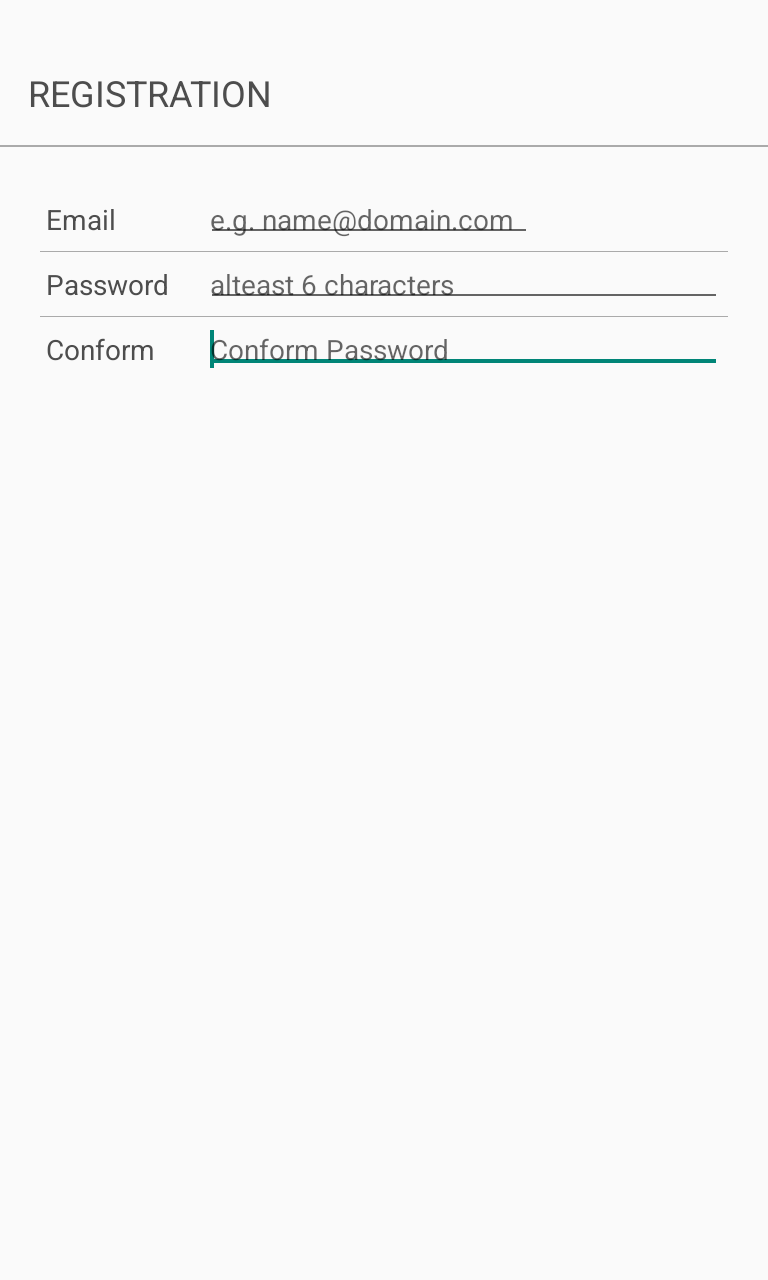
Repository: lMayuraDevani/BrentBrown
Layout: BrentBrown/res/layout/register.xml
These files come from the project's save history. The layout is drawn as it stood at one moment and after a run of saves; the edit follows.
It is drawn on a 768 x 1280 px phone screen (xhdpi) without system bars, with theme AppTheme; the app's code is not run.

Above is the layout before, as saved 2014-11-12 09:31:50.

### BrentBrown/res/layout/register.xml
<?xml version="1.0" encoding="utf-8"?>
<LinearLayout xmlns:android="http://schemas.android.com/apk/res/android"
    android:layout_width="match_parent"
    android:layout_height="match_parent"
    android:orientation="vertical" >


    <TextView
        android:id="@+id/textView1"
        android:layout_width="wrap_content"
        android:layout_height="wrap_content"
        android:layout_marginTop="20dp"
        android:padding="14dp"
        android:text="@string/registration_lable"
        android:textColor="@color/dark_gray_for_front"
        android:textAppearance="?android:attr/textAppearanceMedium" />


    <View
	   android:layout_width="fill_parent"
	   android:layout_height="1dp"
	   android:background="@android:color/darker_gray" />

    <LinearLayout
                android:layout_width="fill_parent"
                android:layout_height="wrap_content"
                android:padding="20dp"
                android:orientation="vertical" >

      <LinearLayout
                android:layout_width="fill_parent"
                android:layout_height="wrap_content"
                android:padding="2dp"
                android:orientation="horizontal" >

                <TextView
                    android:id="@+id/emaillbl"
                    android:layout_width="80dp"
                    android:layout_height="wrap_content"
                    android:layout_gravity="center"
                    android:padding="01dp"
                    android:text="Email"
                    android:textColor="@color/dark_gray_for_front"
                    android:textAppearance="?android:attr/textAppearanceSmall" />

                <EditText
                    android:id="@+id/emailtxt"
                    android:layout_width="wrap_content"
                    android:layout_height="wrap_content"
                    android:ems="10"
                    android:hint="e.g. name@domain.com"
                    android:padding="3dp"
                    android:textColor="@android:color/darker_gray"
                    android:textAppearance="?android:attr/textAppearanceSmall"
                    >

                    <requestFocus />
                </EditText>
            </LinearLayout>

       <View
	   android:layout_width="fill_parent"
	   android:layout_height="0.25dp"
	   android:padding="1dp"
	   android:background="@android:color/darker_gray" />

      <LinearLayout
                android:layout_width="fill_parent"
                android:layout_height="wrap_content"
                android:padding="2dp"
                android:orientation="horizontal" >

                <TextView
                    android:id="@+id/pass"
                    android:layout_width="80dp"
                    android:layout_height="wrap_content"
                    android:layout_gravity="center"
                    android:padding="01dp"
                    android:text="Password"
                    android:textColor="@color/dark_gray_for_front"
                    android:textAppearance="?android:attr/textAppearanceSmall" />

                  <EditText
                    android:id="@+id/passwordtxt"
                    android:layout_width="match_parent"
                    android:layout_height="wrap_content"
                    android:ems="10"
                    android:hint="alteast 6 characters"
                    android:inputType="textPassword"
                    android:padding="3dp"
                    android:textAppearance="?android:attr/textAppearanceSmall"
                    android:textColor="@android:color/darker_gray" >

                    <requestFocus />
                </EditText>
            </LinearLayout>

      <View
	   android:layout_width="fill_parent"
	   android:layout_height="0.25dp"
	   android:padding="1dp"
	   android:background="@android:color/darker_gray" />

            <LinearLayout
                android:layout_width="fill_parent"
                android:layout_height="wrap_content"
                android:padding="2dp"
                android:orientation="horizontal" >

                <TextView
                    android:id="@+id/conformpass"
                    android:layout_width="80dp"
                    android:layout_height="wrap_content"
                    android:layout_gravity="center"
                    android:padding="01dp"
                    android:text="Conform"
                    android:textColor="@color/dark_gray_for_front"
                    android:textAppearance="?android:attr/textAppearanceSmall" />

                <EditText
                    android:id="@+id/cpasswordtxt"
                    android:layout_width="match_parent"
                    android:layout_height="wrap_content"
                    android:ems="10"
                    android:hint="Conform Password"
                    android:inputType="textPassword"
                    android:padding="3dp"
                    android:textAppearance="?android:attr/textAppearanceSmall"
                    android:textColor="@android:color/darker_gray" >

                    <requestFocus />
                </EditText>
            </LinearLayout>
      </LinearLayout>

</LinearLayout>

### BrentBrown/res/values/styles.xml
<resources xmlns:android="http://schemas.android.com/apk/res/android">

    <style name="AppBaseTheme" parent="Theme.AppCompat"></style>

    <!-- Application theme. -->
    <style name="AppTheme" parent="AppBaseTheme">
        <item name="actionBarStyle">@style/CustomizedActionbar</item>
        <item name="actionBarTabStyle">@style/CustomizedActionbarTabs</item>
        <item name="android:actionBarStyle">@style/CustomizedActionbar</item>
        <item name="android:actionBarTabStyle">@style/CustomizedActionbarTabs</item>
    </style>

    <!-- ActionBar styles -->
    <style name="CustomizedActionbar" parent="@style/Widget.AppCompat.ActionBar">
        <item name="android:background">@color/ActionBarColor</item>

        <!-- Support library compatibility -->
        <item name="background">@color/ActionBarColor</item>
        <item name="android:divider">@drawable/tabdivider</item>
    </style>

    <!-- ActionBar tabs styles -->
    <style name="CustomizedActionbarTabs" parent="@style/Widget.AppCompat.ActionBar.TabView">

        <!-- tab indicator -->
        <item name="android:background">@drawable/actionbar_tab_indicator</item>
        <item name="android:divider">@drawable/tabdivider</item>

        <!-- Support library compatibility -->
        <item name="background">@drawable/actionbar_tab_indicator</item>
    </style>

</resources>

### BrentBrown/res/drawable/actionbar_tab_indicator.xml
<?xml version="1.0" encoding="utf-8"?>
<selector xmlns:android="http://schemas.android.com/apk/res/android">

<!-- STATES WHEN BUTTON IS NOT PRESSED -->

    <!-- Non focused states -->
    <item android:state_focused="false" android:state_selected="false"
          android:state_pressed="false"

          android:drawable="@drawable/tab_unselected" />
    <item android:state_focused="false" android:state_selected="true"
          android:state_pressed="false"

          android:drawable="@drawable/tab_selected" />

    <!-- Focused states (such as when focused with a d-pad or mouse hover) -->
    <item android:state_focused="true" android:state_selected="false"
          android:state_pressed="false"
          android:drawable="@drawable/tab_unselected_focused" />
    <item android:state_focused="true" android:state_selected="true"
          android:state_pressed="false"
          android:drawable="@drawable/tab_selected_focused" />


<!-- STATES WHEN BUTTON IS PRESSED -->

    <!-- Non focused states -->
    <item android:state_focused="false" android:state_selected="false"
          android:state_pressed="true"
          android:drawable="@drawable/tab_unselected_pressed" />
    <item android:state_focused="false" android:state_selected="true"
        android:state_pressed="true"
        android:drawable="@drawable/tab_selected_pressed" />

    <!-- Focused states (such as when focused with a d-pad or mouse hover) -->
    <item android:state_focused="true" android:state_selected="false"
          android:state_pressed="true"
          android:drawable="@drawable/tab_unselected_pressed" />
    <item android:state_focused="true" android:state_selected="true"
          android:state_pressed="true"
          android:drawable="@drawable/tab_selected_pressed" />
</selector>

### BrentBrown/res/drawable/tabdivider.xml
<?xml version="1.0" encoding="utf-8"?>
<shape xmlns:android="http://schemas.android.com/apk/res/android"
    android:shape="line"  >

      <size android:width="2dp" android:height="10dp"/>
    <solid android:color="@color/BorderGrayColor" />
    <padding android:left="15dp" android:top="15dp" />

</shape>

### BrentBrown/res/values/color.xml
<?xml version="1.0" encoding="utf-8"?>
<resources>

    <color name="gray_list_item">#E5E5E5</color>
    <color name="gray_backgroound">#EEEEEE</color>
    <color name="gray_border">#b6b6b6</color>
    <color name="ActionBarColor">#25C389</color>
    <color name="BorderGrayColor">#CED8D8</color>
    <color name="OrangeTabColor">#F5963C</color>
    <color name="TurquoiseBlueTabColor">#05AEAA</color>
    <color name="MediumGrayBackColor">#D8D8D8</color>
    <color name="list_item_title">#444444</color>
    <color name="list_item_subtitle">#929292</color>
    <color name="dark_gray_for_front">#4d4d4d</color>



</resources>

### BrentBrown/res/drawable/tab_unselected.xml
<shape xmlns:android="http://schemas.android.com/apk/res/android"
    android:shape="rectangle" >

    <solid android:color="@color/OrangeTabColor" />

</shape>

### BrentBrown/res/drawable/tab_selected.xml
<?xml version="1.0" encoding="utf-8"?>
<shape xmlns:android="http://schemas.android.com/apk/res/android"
    android:shape="rectangle" >

    <solid android:color="@color/TurquoiseBlueTabColor" />



</shape>

### BrentBrown/res/drawable/tab_unselected_focused.xml
<shape xmlns:android="http://schemas.android.com/apk/res/android"
    android:shape="rectangle" >



   <solid android:color="@color/OrangeTabColor"/>

</shape>

### BrentBrown/res/drawable/tab_selected_focused.xml
<?xml version="1.0" encoding="utf-8"?>
<shape xmlns:android="http://schemas.android.com/apk/res/android"
    android:shape="rectangle" >



 <solid android:color="@color/TurquoiseBlueTabColor" />



</shape>

### BrentBrown/res/drawable/tab_unselected_pressed.xml
<shape xmlns:android="http://schemas.android.com/apk/res/android"
    android:shape="rectangle" >



    <solid android:color="@color/OrangeTabColor" />

</shape>

### BrentBrown/res/drawable/tab_selected_pressed.xml
<?xml version="1.0" encoding="utf-8"?>
<shape xmlns:android="http://schemas.android.com/apk/res/android"
    android:shape="rectangle" >
    <solid android:color="@color/TurquoiseBlueTabColor" />

</shape>

### BrentBrown/res/values/strings.xml
<?xml version="1.0" encoding="utf-8"?>
<resources>

    <string name="app_name"> Brent Brown</string>
    <string name="title_garage"> Garage</string>
    <string name="title_showroom"> Showroom</string>
    <string name="title_specials"> Specials</string>
    <string name="title_tools"> Tools</string>
    <string name="title_extra"> More</string>

    <string name="title_ServiceHistory">Service</string>
    <string name="title_Appointments">Appontments</string>
    <string name="title_Message">Message</string>

    <string name="hello_world">Hello world!</string>
    <string name="action_settings">Settings</string>

    <string name="menu_settings">Settings</string>
    <string name="pull_to_refresh_pull_label">Pull to refresh...</string>
    <string name="pull_to_refresh_release_label">Release to refresh...</string>
    <string name="pull_to_refresh_refreshing_label">Loading...</string>
    <string name="pull_to_refresh_tap_label">Tap to refresh...</string>
    <string name="registration_lable">REGISTRATION</string>


</resources>

Loaded but not shown: BrentBrown/res/values-v11/styles.xml (common file); BrentBrown/res/values-v14/styles.xml (common file)

After the next 2 saves:
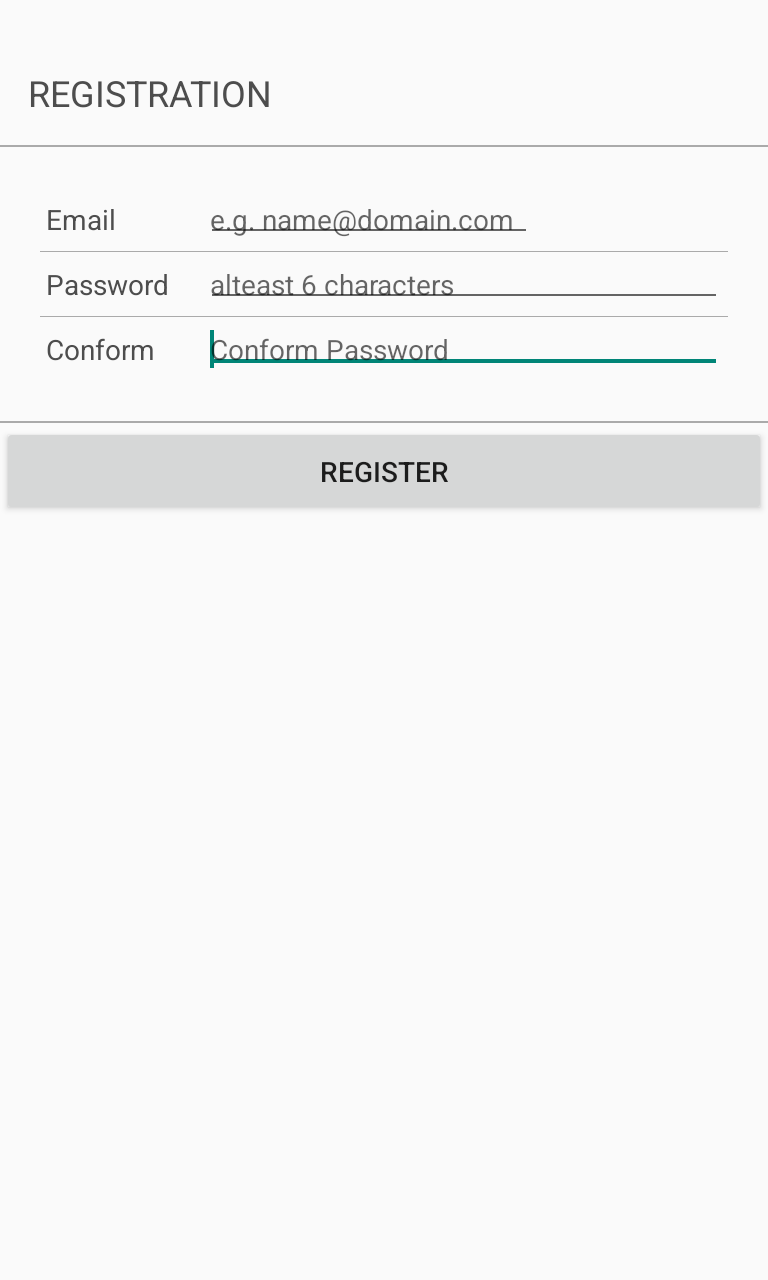
The 2 saves are shown as one change because they came seconds apart.
The last was saved 59 s later.
--- a/BrentBrown/res/layout/register.xml
+++ b/BrentBrown/res/layout/register.xml
@@ -133,4 +133,16 @@
             </LinearLayout>
       </LinearLayout>
 
+     <View
+	   android:layout_width="fill_parent"
+	   android:layout_height="1dp"
+	   android:background="@android:color/darker_gray" />
+
+       <Button
+                android:id="@+id/register"
+                android:layout_width="fill_parent"
+                android:layout_height="wrap_content"
+                android:layout_below="@+id/login"
+                android:text="Register" />
+
 </LinearLayout>
